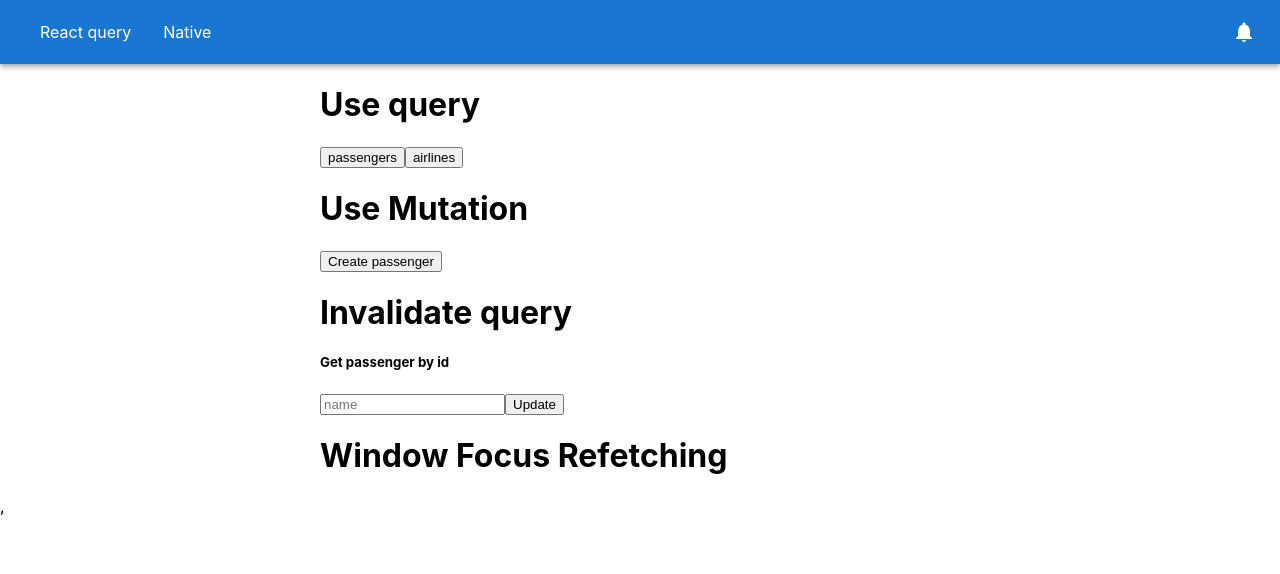
Repository: dubar-jeremy/itr-presentation
Page: /react-query
The author's editor kept a copy of each file at every save. The page is drawn from the files as they stood at one save, then again after the next save.
The browser window is 1280 px wide. The pictures show the whole page.
The page's requests for data from a server got no answer. The project was rebuilt for these pictures with package versions that can differ from the ones it lists, and the page was loaded fresh each time. Some packages were replaced by stand-ins written for this rebuild. No one was signed in, and anything a server would have sent is missing. Also part of the build but not shown: src/App.css, src/components/react-query/refetchOnWindowFocus/FetchEmployees.jsx, src/components/react-query/useMutation/Passenger.jsx, src/components/react-query/useQuery/airlines/FetchAirlines.jsx, src/components/react-query/useQuery/airlines/Airlines.jsx, src/components/react-query/useQuery/passengers/FetchPassengers.jsx, src/components/react-query/useQuery/passengers/Passengers.jsx, src/components/native/airlines/FetchAirlines.jsx and 4 more.

Above is the page before, as saved 2022-04-29 00:08:37.

After the next save:
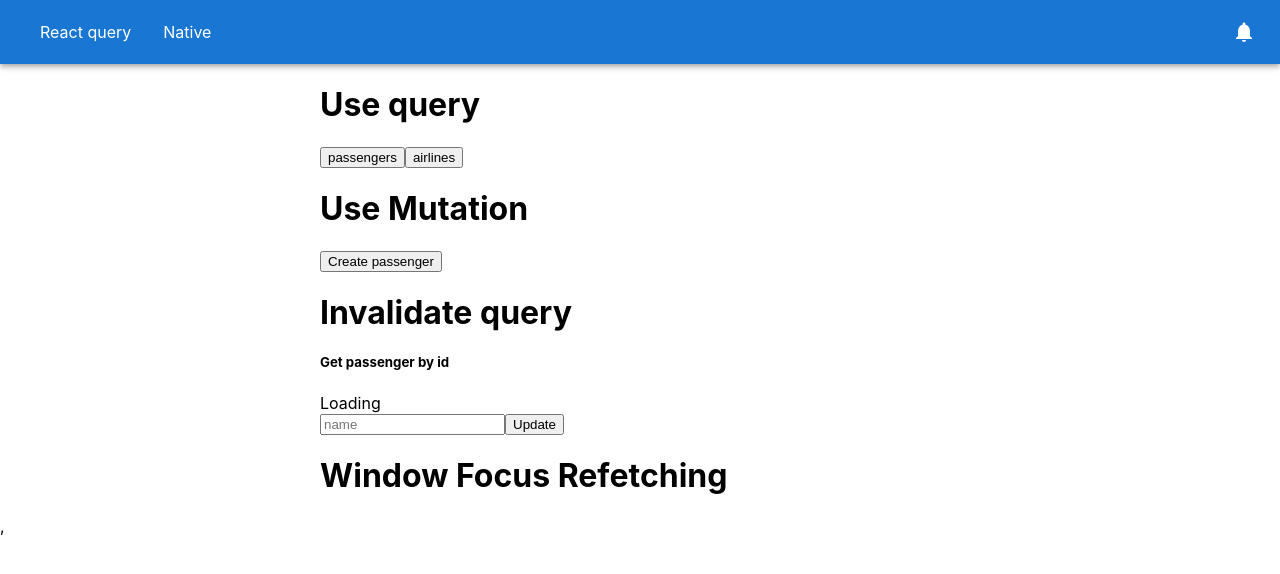
Saved 45 s later.
--- a/src/components/react-query/invalidateQuery/Passenger.jsx
+++ b/src/components/react-query/invalidateQuery/Passenger.jsx
@@ -1,13 +1,14 @@
 import { useGetPassengerById } from '../../../hooks/queries.hooks';
 
 const Passenger = () => {
-  const { data: passenger, isSuccess } = useGetPassengerById(
+  const { data: passenger, isSuccess, isFetching } = useGetPassengerById(
     '62697712534676e1c97b2e68',
   );
 
   return (
     <div>
       <h5>Get passenger by id</h5>
+      {isFetching && <div>Loading</div>}
       {isSuccess && (
         <div>
           <p>Id: {passenger.data._id}</p>

After the save that followed:
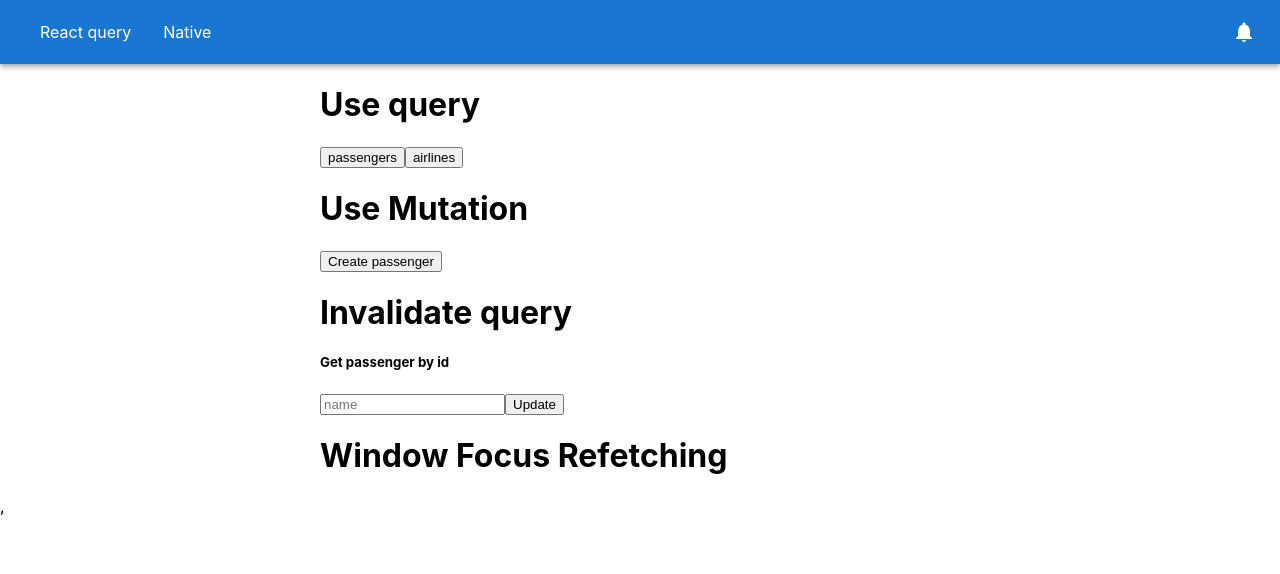
Saved 15 s later.
--- a/src/components/react-query/invalidateQuery/Passenger.jsx
+++ b/src/components/react-query/invalidateQuery/Passenger.jsx
@@ -1,14 +1,13 @@
 import { useGetPassengerById } from '../../../hooks/queries.hooks';
 
 const Passenger = () => {
-  const { data: passenger, isSuccess, isFetching } = useGetPassengerById(
+  const { data: passenger, isSuccess } = useGetPassengerById(
     '62697712534676e1c97b2e68',
   );
 
   return (
     <div>
       <h5>Get passenger by id</h5>
-      {isFetching && <div>Loading</div>}
       {isSuccess && (
         <div>
           <p>Id: {passenger.data._id}</p>
